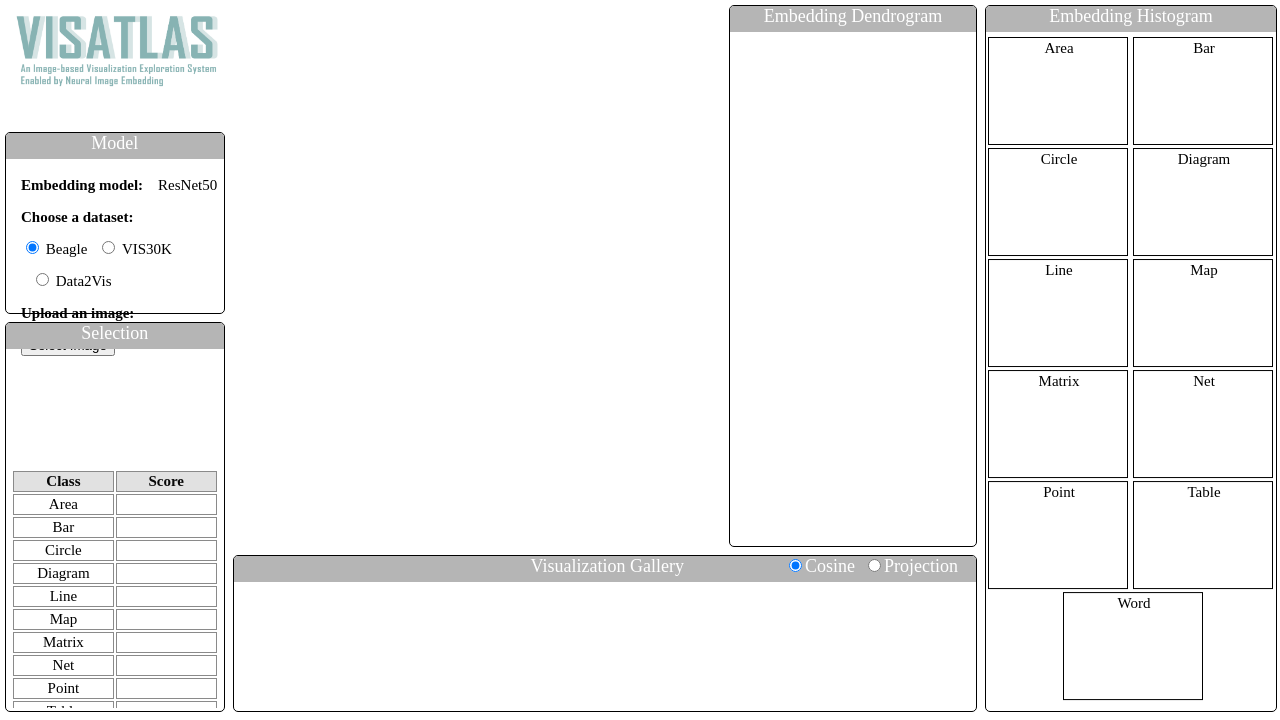
Repository: yilinye/AI_and_human_paintings
Page: / (app in VIS4AI_art/Frontend/)
These files come from the project's save history. The page is drawn as it stood at one moment and after the next save; the edit follows.
The browser window is 1280 px wide. The pictures show the whole page.
The page's requests for data from a server got no answer. The project was rebuilt for these pictures with package versions that can differ from the ones it lists, and the page was loaded fresh each time. No one was signed in, and anything a server would have sent is missing. Also part of the build but not shown: VIS4AI_art/Frontend/vite.config.js, VIS4AI_art/Frontend/vue.config.js, VIS4AI_art/Frontend/src/components/WelcomeItem.vue, VIS4AI_art/Frontend/src/components/icons/IconDocumentation.vue, VIS4AI_art/Frontend/src/components/icons/IconTooling.vue, VIS4AI_art/Frontend/src/components/icons/IconEcosystem.vue, VIS4AI_art/Frontend/src/components/icons/IconCommunity.vue, VIS4AI_art/Frontend/src/components/icons/IconSupport.vue and 2 more.

Above is the page before, as saved 2022-04-30 21:14:05.

### VIS4AI_art/Frontend/src/App.vue
<!--
 * @Author: Qing Shi
 * @LastEditTime: 2022-04-12 22:41:44
 * @Knowledge:
 * @Description:
 * @Attention:
-->

<template>
  <VisView/>
</template>

<script>
import VisView from "./views/visView.vue";

// var Event = new Vue();
export default {
    components: { VisView }
}
</script>

<style>
@import "./assets/base.css";

#app {
  height: calc(100%);
  font-weight: normal;
}

</style>

### VIS4AI_art/Frontend/src/assets/base.css
body {

  margin: 0%;
  height: 100%;
  width: 100%;
  background-color: rgb(255, 255, 255);
  overflow: hidden;
}


#titleBar {
  background: rgb(181, 181, 181);
  height: 26px;
  width: calc(100% + 0px);
  border-radius: 4px 4px 0px 0px;
  /* border: solid 1px; */
  transform: translate(0px);
  text-align: center;
  color: white;
  font-size: 18px;
}


/*chrome--------------------------------------------start*/
::-webkit-scrollbar {
  width: 8px;
  height: 8px;
}

/* Track */
::-webkit-scrollbar-track {
  background: #ffffff;
  border-radius: 8px;
}

/* Handle */
::-webkit-scrollbar-thumb {
  background: rgb(201, 201, 202);
  border-radius: 8px;
}

/* Handle on hover */
::-webkit-scrollbar-thumb:hover {
  background: rgb(162, 162, 163);
}

.el-menu::-webkit-scrollbar,
.el-table__body-wrapper::-webkit-scrollbar {
  display: none;
}

.el-menu:hover::-webkit-scrollbar,
.el-table__body-wrapper:hover::-webkit-scrollbar {
  display: block;
}

/*chrome--------------------------------------------end*/

### VIS4AI_art/Frontend/src/views/visView.vue
<template>
  <div style="height:100%;width:100%;">
    <!-- System Logo -->
    <div id="logoView">
      <img
        src="../assets/logo.png"
        alt=""
        style="width: 100%; height=auto;"
      >
    </div>
    <!-- Model -->
    <div id="modelView">
      <ModelView
        @getFilePath="getFilePath"
        @queryNode="updateQuery"
      />
    </div>
    <!-- Selection -->
    <div id="selectView">
      <SelectView />
    </div>
    <!-- Main View -->
    <div id="mainView">
      <MainView
        ref="mainV"
        @updateTree="updateTree"
        @updateGallery="updateGallery"
      />
    </div>
    <!-- Embedding Dendrogram -->
    <div id="dendrogramView">
      <DendrogramView ref="dendrogram" />
    </div>
    <!-- Embedding Histogram -->
    <div id="histogramView">
      <HistogramView @updateTree="updateTree" />
    </div>
    <!-- Visualization Gallery -->
    <div id="galleryView">
      <GalleryView
        ref="gallery"
        @updateGType="updateType"
        @updateSelectNode="updateSelectNode"
      />
    </div>
  </div>
</template>

<script>
import * as d3 from 'd3';
import SelectView from "../components/selectView.vue";
import MainView from "../components/mainView.vue";
import DendrogramView from "../components/dendrogramView.vue";
import HistogramView from "../components/histogramView.vue";
import GalleryView from "../components/galleryView.vue";
import ModelView from "../components/modelView.vue";
export default {
  components: { SelectView, MainView, DendrogramView, HistogramView, GalleryView, ModelView },
  data () {
    return {
      //! init file path
      pth: { filePath: "/src/visData/Beagle reorder.csv" },

      // pth: { filePath: "/src/visData/data2vis reorder.csv" },
    }
  },
  provide () {
    //! we need provide an object, which can watch by other components
    return {
      fileP: this.pth,
    }
  },
  methods: {
    /**
     * @description: change file path from model view's <input>
     * @param {String} val file path from model
     * @return {*} none
     */
    getFilePath: function (val) {
      this.pth.filePath = val;
      this.fileP = this.pth;
    },
    /**
     * @description: change dendrogram view's tree
     * @param {Array} treeData data of the tree
     * @param {Int} sumTree Number of all selected elements
     * @return {*}
     */
    updateTree (treeData, sumTree) {
      this.$refs.dendrogram.drawTree(treeData, sumTree);
    },
    /**
     * @description: change the gallery using new selected element data
     * @param {Array} data
     * @return {*}
     */
    updateGallery (data) {
      this.$refs.gallery.setCloseNode(data);
    },
    /**
     * @description: change gallery type (Cosine or Projection)
     * @param {*} data Calculation method of distance (Cosine or Projection)
     * @return {*}
     */
    updateType (data) {
      this.$refs.mainV.setGalleryType(data);
    },
    /**
     * @description: set a new selected node to refresh the system
     * @param {*} data selected element (node) data
     * @return {*}
     */
    updateSelectNode (data) {
      this.$refs.mainV.setSelectNode(data);
    },
    /**
     * @description: query a new Picture
     * @param {*} data new picture information which from model view
     * @return {*}
     */
    updateQuery (data) {
      this.$refs.mainV.setQuery(data);
    }
  }
}
</script>

<style>
#logoView {
  position: absolute;
  left: 5px;
  top: 5px;
  /* height: 17%; */
  width: 17%;
  margin-left: 5px;
  /* border: solid 1px; */
}

#modelView {
  /* margin-left: 5px; */
  position: absolute;
  left: 5px;
  top: calc(17% + 5px + 5px);
  height: 25%;
  width: 17%;
  border: solid 1px;
  border-radius: 5px;
}

#selectView {
  position: absolute;
  left: 5px;
  top: calc(42% + 15px + 5px);
  height: calc(58% - 30px);
  width: 17%;
  border: solid 1px;
  border-radius: 5px;
}

#mainView {
  position: absolute;
  left: calc(15px + 17%);
  top: calc(5px);
  height: calc(75%);
  width: calc(38%);
  /* border: solid 1px;
  border-radius: 5px; */
}

#dendrogramView {
  position: absolute;
  left: calc(25px + 55%);
  top: calc(5px);
  height: calc(75%);
  width: calc(20% - 10px);
  border: solid 1px;
  border-radius: 5px;
}

#galleryView {
  position: absolute;
  left: calc(15px + 17%);
  top: calc(15px + 75%);
  height: calc(25% - 25px);
  width: calc(58%);
  border: solid 1px;
  border-radius: 5px;
}

#histogramView {
  position: absolute;
  left: calc(25px + 75%);
  top: calc(5px);
  height: calc(100% - 15px);
  width: calc(25% - 30px);
  border: solid 1px;
  border-radius: 5px;
}
</style>

### VIS4AI_art/Frontend/src/components/selectView.vue
<!--
 * @Author: Qing Shi
 * @LastEditTime: 2022-04-30 21:09:27
 * @Knowledge:
 * @Description:
 * @Attention:
-->
<template>
  <div style="height: 100%">
    <div id="titleBar">
      {{ viewName }}
    </div>
    <div id="selectPic">
      <div
        v-if="isChoose"
        id="isChoose"
      >
        <img
          id="nodePic"
        >
      </div>
    </div>
    <div id="selectTable">
      <table style="width:calc(100% - 10px);text-align: center;margin-top:2px;height:calc(100% - 10px);margin-bottom:5px;margin-left:5px; margin-right: 5px;">
        <tr style="height:calc(8% - 30px)">
          <th>Class</th>
          <th>Score</th>
        </tr>
        <tr
          v-for="item in items"
          :key="item.className"
          style="height:calc(8% - 30px)"
        >
          <td>{{ item.className }}</td>
          <td :id="item.className+'Table'">{{ item.classScore }}</td>
        </tr>
      </table>
    </div>
  </div>
</template>

<script>
export default {
  data () {
    return {
      viewName: "Selection",
      isChoose: true,
      picPath: "/src/assets/logo.svg",
      items: {
        Area: { className: "Area", classScore: "" },
        Bar: { className: "Bar", classScore: "" },
        Circle: { className: "Circle", classScore: "" },
        Diagram: { className: "Diagram", classScore: "" },
        Line: { className: "Line", classScore: "" },
        Map: { className: "Map", classScore: "" },
        Matrix: { className: "Matrix", classScore: "" },
        Net: { className: "Net", classScore: "" },
        Point: { className: "Point", classScore: "" },
        Table: { className: "Table", classScore: "" },
        Word: { className: "Word", classScore: "" },
      }
    }
  }
}
</script>

<style>
#selectPic {
  height: 30%;
  width: 100%;
}
#isChoose {
  text-align: center;
  margin-top: 1px;
  margin-left: 6px;
  margin-right: 6px;
  margin-bottom: 2px;
  height: 100%;
  display: flex;
  flex-direction: column;
  justify-content: center;
  align-items: center;
}
#selectTable {
  height: calc(70% - 30px);
  width: 100%;
  overflow: auto;
  /* background-color: #000000; */
}

th {
  text-align: middle;
  /* padding-left: 45px; */
  /* border-bottom: 1px solid #ddd; */
  border: 1px solid rgb(138, 138, 138);
  /* background-color: white; */
  background-color: rgb(225, 225, 225);
  color: rgb(7, 7, 7);
  font-size: 15px;
  /* color: white; */
}

td {
  text-align: middle;
  /* padding-left: 45px; */
  width: 50%;
  /* border-bottom: 1px solid #ddd; */
  border: 1px solid rgb(138, 138, 138);
  font-size: 15px;
  color: black;
  /* height: 100% */
}

/* tr {
  height: calc(100%)
} */

tr:hover {
  background-color: rgb(231, 164, 179);
}
</style>

### VIS4AI_art/Frontend/src/components/galleryView.vue
<template>
  <div style="width: 100%; height: 100%;">
    <div id="titleBar">
      <span style="position: absolute; left: 40%;">{{ viewName }}</span>
      <span style="float: right">
        <form
          id="select-distance"
          style="margin-top:0;margin-right:18px"
        >

          <input
            type="radio"
            id="metricChoice1"
            name="contact"
            value="cosine"
            checked="checked"
            @click="updateType('Cosine')"
          >
          <label for="metricChoice1">Cosine</label>

          <input
            type="radio"
            id="metricChoice2"
            name="contact"
            value="radviz"
            style="margin-left:13px;padding-top:50%;"
            @click="updateType('Projection')"
          >
          <label for="metricChoice2">Projection</label>

        </form>
      </span>

    </div>
    <div id="nodeGallery">
      <div style="height: 100%; white-space: nowrap;">
        <div
          v-for="(item, index) in closeNode"
          :key="index"
          class="closeNode"
        >
          <img
            :src="'/src/assets' + item.path.slice(1)"
            alt=""
            :pid="item.pid"
            style="height:100%;"
            @click="updateSelectNode(item)"
          >
        </div>
      </div>
    </div>
  </div>
</template>

<script>
export default {
  data () {
    return {
      viewName: "Visualization Gallery",
      closeNode: []
    }
  },
  methods: {
    /**
     * @description: set the closeNode
     * @param {Array} data picture information from visView.vue
     * @return {*}
     */
    setCloseNode (data) {
      // console.log(data);
      this.closeNode = data;
    },
    /**
     * @description: change the gallery type
     * @param {String} data Cosine / Projection
     * @return {*}
     */
    updateType (data) {
      // console.log(data)
      this.$emit('updateGType', data);
    },
    /**
     * @description: select a picture and upload information
     * @param {*} data data bound to the picture
     * @return {*}
     */
    updateSelectNode (data) {
      this.$emit("updateSelectNode", data);
    }
  }
}
</script>

<style>
#nodeGallery {
  overflow-x: scroll;
  overflow-y: hidden;
  width: 100%;
  height: calc(100% - 30px);
}
.closeNode {
  /* position: absolute; */
  /* width: 20%; */
  height: calc(100% - 10px);
  /* padding-bottom: 50%; */
  /* position: fixed; */
  margin-top: 5px;
  margin-bottom: 5px;
  border: solid 1px;
  margin-left: 2.5px;
  margin-right: 2.5px;
  /* float: left; */
  white-space: normal;
  display: inline-block;
  /* display: flex; */
  flex-direction: column;
  justify-content: center;
  align-items: center;
}
</style>

### VIS4AI_art/Frontend/src/components/modelView.vue
<!--
 * @Author: Qing Shi
 * @LastEditTime: 2022-04-28 12:14:22
 * @Knowledge:
 * @Description:
 * @Attention:
-->
<template>
  <div>
    <div id="titleBar">
      {{ viewName }}
    </div>
    <div id="panel">
      <span style="font-weight: bold;">Embedding model:</span>&nbsp;&nbsp;&nbsp;&nbsp;ResNet50
      <br>
      <span style="font-weight: bold;">Choose a dataset:</span>
      <br>
      <form>
        <div style="display:inline-block">
          <input
            type="radio"
            id="cbox1"
            name="dataset"
            value="Beagle"
            @click="chooseFile('/src/visData/Beagle reorder.csv')"
            source="/src/visData/Beagle reorder.csv"
            checked
          >
          Beagle
        </div>

        <div style="margin-left:10px;display:inline-block">
          <input
            type="radio"
            id="cbox2"
            name="dataset"
            value="Vis30k"
            @click="chooseFile('/src/visData/vis30k reorder.csv')"
            source="/src/visData/vis30k reorder.csv"
          >
          VIS30K
        </div>

        <div style="margin-left:10px;display:inline-block">
          <input
            type="radio"
            id="cbox3"
            name="dataset"
            value="Data2Vis"
            @click="chooseFile('/src/visData/data2vis reorder.csv')"
            source="/src/visData/data2vis reorder.csv"
          >
          Data2Vis
        </div>

        <input
          type="submit"
          value="Submit"
          style="display:none"
          id="dataset submit"
        >
      </form>
      <!-- <br> -->
      <span style="font-weight: bold;">Upload an image:</span> &nbsp;
      <button onclick="upload.click()">Select Image</button>
      <div style="display:none;">
        <form
          action=""
          method="post"
          enctype='multipart/form-data'
        >
          <input
            type="file"
            name="image"
            id="upload"
            style="display:none;"
            @change="chooseImage($event)"
          />
        </form>
        <!-- <form id="uploadForm" :onsubmit="PostData(event)" style="display:inline;margin-left:8px;">


					<input type="file" name="image" id="pic_img" style="display:none" @change="chooseFile($event)">
					<input type="submit" value="upload" id="img_submit" style="display:none">

					<label for="datasets" style="margin-left:11px;margin-top:11px">Upload an image:</label> <input
						type="button" value="Select image" id="button" style="margin-top:0;margin-left:23px">

				</form> -->
      </div>

    </div>
  </div>
</template>

<script>
import * as d3 from 'd3';
import { dataService } from '../service';
export default {
  // created() {
  //   this.chooseFile(this.fileName);
  // },
  data () {
    return {
      viewName: "Model",
      fileName: "/src/visData/Beagle reorder.csv",
      imageUrl: '',
      typeName: ["Area", "Bar", "Circle", "Diagram", "Line", "Map", "Matrix", "Net", "Point", "Table", "Word"]
    }
  },
  methods: {
    chooseFile: function (e) {
      this.fileName = e;
      this.$emit('getFilePath', e);
    },
    /**
     * @description: query and show picture
     * @param {*} e event
     * @return {*}
     */
    chooseImage: function (e) {
      // console.log(e);
      // d3.select("#img_submit").click();
      var file = e.target.files[0]
      var reader = new FileReader()
      var that = this
      reader.readAsDataURL(file)
      reader.onload = function (e) {
        // console.log("file name", file.name);
        // console.log("file type", file.type);
        // console.log("this.result", this.result)
        // that.imageUrl = '/src/assets/static/uploadImage/' + file.name;
        that.imageUrl = this.result;
        let pw = document.getElementById("isChoose").offsetWidth;
        let ph = document.getElementById("isChoose").offsetHeight;
        // console.log(ph, pw);
        if (ph * 2 > pw)
          d3.select("#nodePic").attr("style", 'width: 95%; border: solid 1px; transform: translate(0,0)');
        else
          d3.select("#nodePic").attr("style", 'height: 95%; border: solid 1px; transform: translate(0,0)');
        d3.select("#nodePic").attr("src", that.imageUrl);

      }
      dataService.queryImg({ "img_path": file.name }, data => {
        let d = data.data;
        for (let i in that.typeName) {
          document.getElementById(that.typeName[i] + 'Table').innerHTML = Math.round((d[that.typeName[i].toLowerCase()] * 100000)) / 100000;
        }
        d.pid = -1;
        // console.log(d);
        this.$emit("queryNode", d);
      })
    }
  }
}
</script>

<style>
#panel {
  /* text-align: center; */
  font-size: 15px;
  line-height: 2rem;
  margin-top: 10px;
  margin-left: 15px;
  margin-bottom: 10px;
}
</style>

Loaded but not shown: VIS4AI_art/Frontend/index.html (common file); VIS4AI_art/Frontend/src/service/modules/dataService.js (24 lines, source omitted); VIS4AI_art/Frontend/src/router/index.js (21 lines, source omitted); VIS4AI_art/Frontend/src/main.js (11 lines, source omitted); VIS4AI_art/Frontend/src/service/index.js (1 lines, source omitted); VIS4AI_art/Frontend/src/components/mainView.vue (839 lines, source omitted); VIS4AI_art/Frontend/src/components/histogramView.vue (377 lines, source omitted); VIS4AI_art/Frontend/src/components/dendrogramView.vue (279 lines, source omitted)

After the next save:
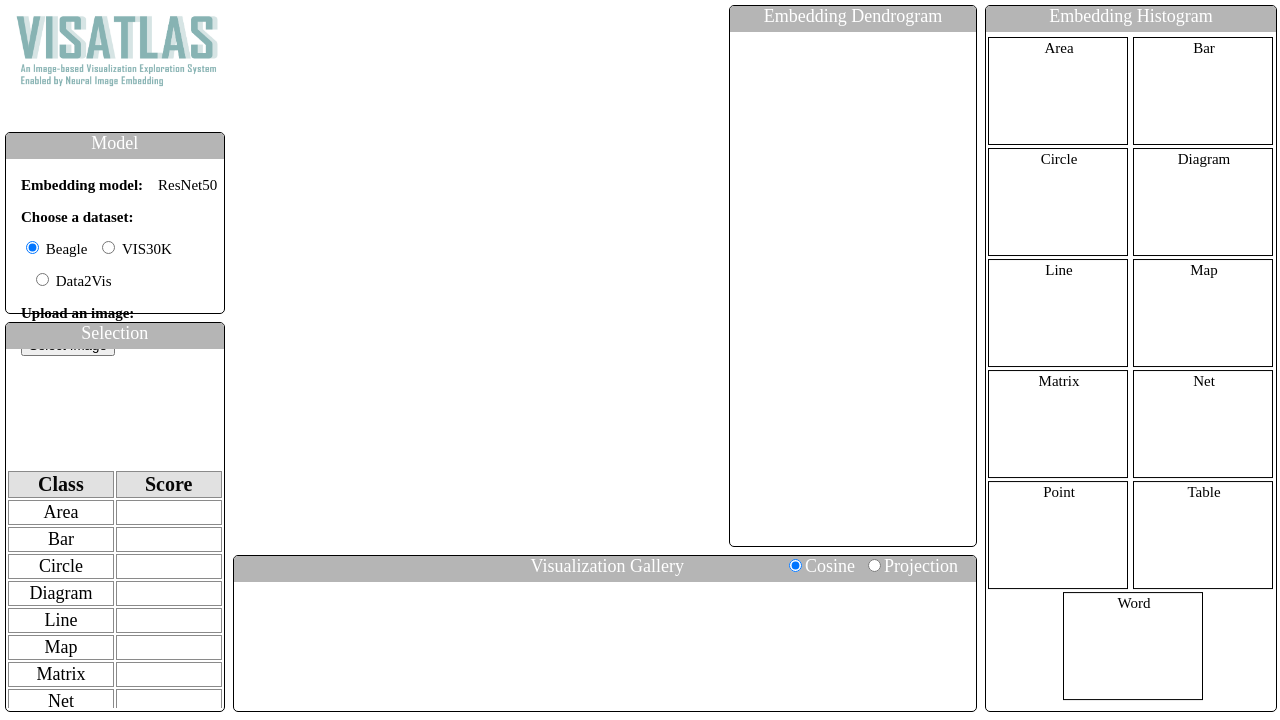
Saved 4 s later.
--- a/VIS4AI_art/Frontend/src/components/selectView.vue
+++ b/VIS4AI_art/Frontend/src/components/selectView.vue
@@ -1,6 +1,6 @@
 <!--
  * @Author: Qing Shi
- * @LastEditTime: 2022-04-30 21:09:27
+ * @LastEditTime: 2022-04-30 21:14:09
  * @Knowledge:
  * @Description:
  * @Attention:
@@ -21,7 +21,7 @@
       </div>
     </div>
     <div id="selectTable">
-      <table style="width:calc(100% - 10px);text-align: center;margin-top:2px;height:calc(100% - 10px);margin-bottom:5px;margin-left:5px; margin-right: 5px;">
+      <table style="width:100%;text-align: center;margin-top:2px;height:calc(100% - 10px);margin-bottom:5px;">
         <tr style="height:calc(8% - 30px)">
           <th>Class</th>
           <th>Score</th>
@@ -96,7 +96,7 @@ th {
   /* background-color: white; */
   background-color: rgb(225, 225, 225);
   color: rgb(7, 7, 7);
-  font-size: 15px;
+  font-size: 20px;
   /* color: white; */
 }
 
@@ -106,7 +106,7 @@ td {
   width: 50%;
   /* border-bottom: 1px solid #ddd; */
   border: 1px solid rgb(138, 138, 138);
-  font-size: 15px;
+  font-size: 18px;
   color: black;
   /* height: 100% */
 }
